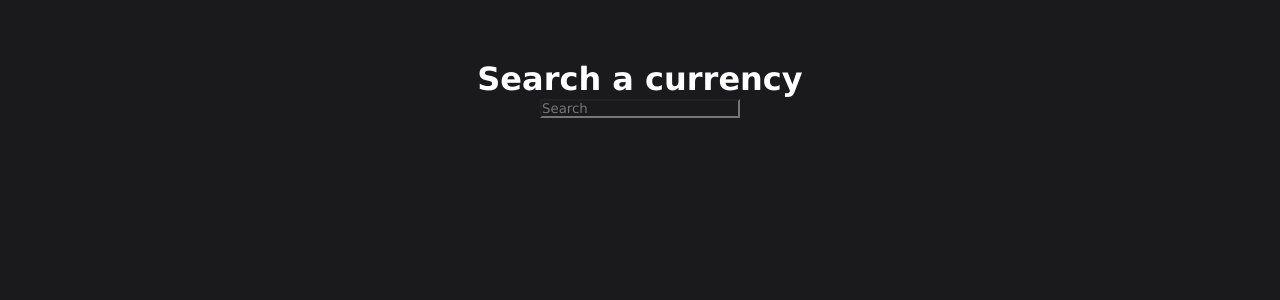
Repository: adder206/react-api-crypto-tracker
Page: /
An editor plug-in stored every save of this project. The page is shown before and after the next save, followed by the edit.
The browser window is 1280 px wide. The pictures show the whole page.
The page's requests for data from a server got no answer. The project was rebuilt for these pictures with package versions that can differ from the ones it lists, and the page was loaded fresh each time. No one was signed in, and anything a server would have sent is missing. Also part of the build but not shown: src/Coin.js, src/Coin.css.

Above is the page before, as saved 2021-03-12 10:52:46.

### src/App.js
import React, {useState, useEffect} from 'react';
import axios from 'axios'
import './App.css';
import Coin from './Coin';
import './Coin.css';



function App() {
  const [coins, setCoins] = useState([]);
  const [search,setSearch] = useState('')

  useEffect(()=> {
    axios
    .get(
      'https://api.coingecko.com/api/v3/coins/markets?vs_currency=usd&order=market_cap_desc&per_page=100&page=1&sparkline=false')
    .then(res => {
      setCoins(res.data);
      console.log(res.data);
    })
    .catch(error => alert(error));
  }, []);

  const handleChange = e => {
    setSearch(e.target.value)
  }

  const filteredCoins = coins.filter(coin =>
    coin.name.toLowerCase().includes(search.toLowerCase())
    )

  return (
    <div className='coin-app'>
      <div className="coin-search">
        <h1 className="coin-text">Search a currency</h1>
        <form>
          <input type="text" placeholder="Search"
          className="coin-input" onChange=
          {handleChange}/>
        </form>
      </div>
      {filteredCoins.map(coin => {
        return <Coin
        key={coin.id}
        name={coin.name}
        price={coin.current_price}
        symbol={coin.symbol}
        marketcap={coin.total_volume}
        volume={coin.market_cap}
        image={coin.image}
        priceChange={coin.price_change_percentage_24h}
        />;
      })}

    </div>
  );
}

export default App;

### src/App.css
*{
  box-sizing: border-box;
  margin: 0;
  padding: 0;
  font-family: Verdana, Geneva, Tahoma, sans-serif;
  background-color: #1a1a1c;
  color:#fff;
}

.coin-app {
  display: flex;
  flex-direction: column;
  align-items: center;
  margin-top: 60px;
  color: #fff;
}

.coin-search {
  display: flex;
  flex-direction: column;
  margin-bottom: 50px;
  justify-content: center;
  align-items: center;
}

.coin-input {
  padding-right: 16px;
  width: 200px
}

Loaded but not shown: public/index.html (common file); src/index.js (common file); src/index.css (common file); src/reportWebVitals.js (common file)

After the next save:
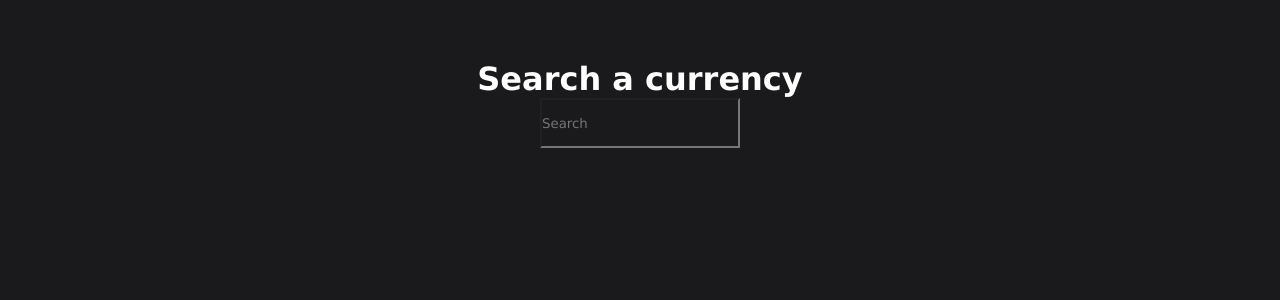
Saved 36 s later.
--- a/src/App.css
+++ b/src/App.css
@@ -25,5 +25,6 @@
 
 .coin-input {
   padding-right: 16px;
-  width: 200px
+  width: 200px;
+  height: 50px;
 }
